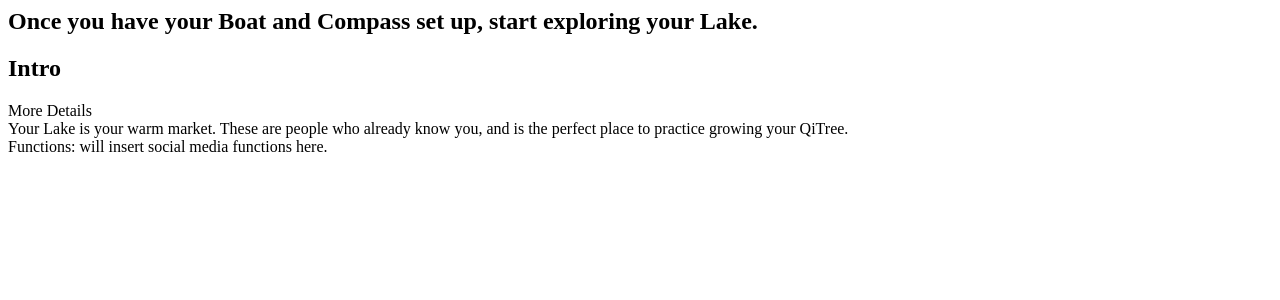
Repository: DevZubair/ionic-test
Page: www/templates/lake.html
The author's editor kept a record of every edit. The page is drawn from the files as they stood at one moment, then again after the next edit.
The browser window is 1280 px wide. The pictures show the whole page.

Above is the page before.

### www/templates/lake.html
<ion-view view-title="Explore Your Lake">
  <ion-content>
    <div class="panel">
      <h2>Once you have your Boat and Compass set up, start exploring your Lake. </h2>
    </div>
     <div class="card">
      <div class="item item-divider">
        <h2>Intro</h2>
      </div>
      <div class="item item-text-wrap">
        <div>More Details </div>
        <div> Your Lake is your warm market.  These are people who already know you, and is the perfect place to practice growing your QiTree. </div>
        <div> Functions: will insert social media functions here. </div>
      </div>
    </div>

  </ion-content>
</ion-view>

After the next edit:
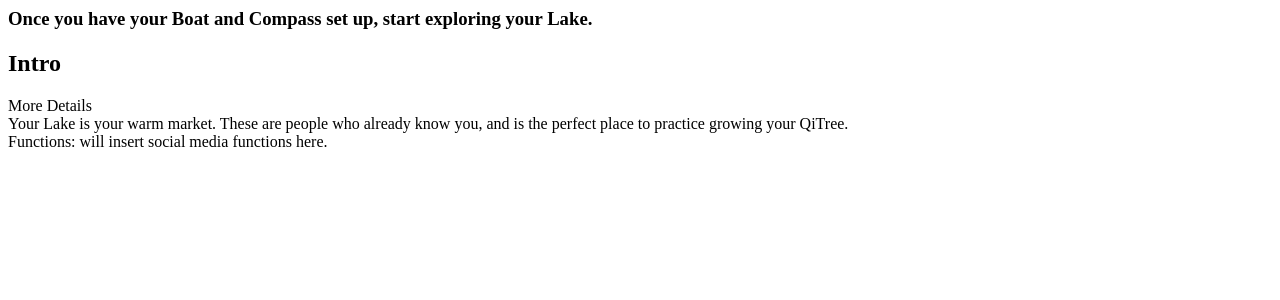
The edit:
--- a/www/templates/lake.html
+++ b/www/templates/lake.html
@@ -1,7 +1,7 @@
 <ion-view view-title="Explore Your Lake">
   <ion-content>
-    <div class="panel">
-      <h2>Once you have your Boat and Compass set up, start exploring your Lake. </h2>
+    <div class="intro">
+      <H3>Once you have your Boat and Compass set up, start exploring your Lake. </H3>
     </div>
      <div class="card">
       <div class="item item-divider">
